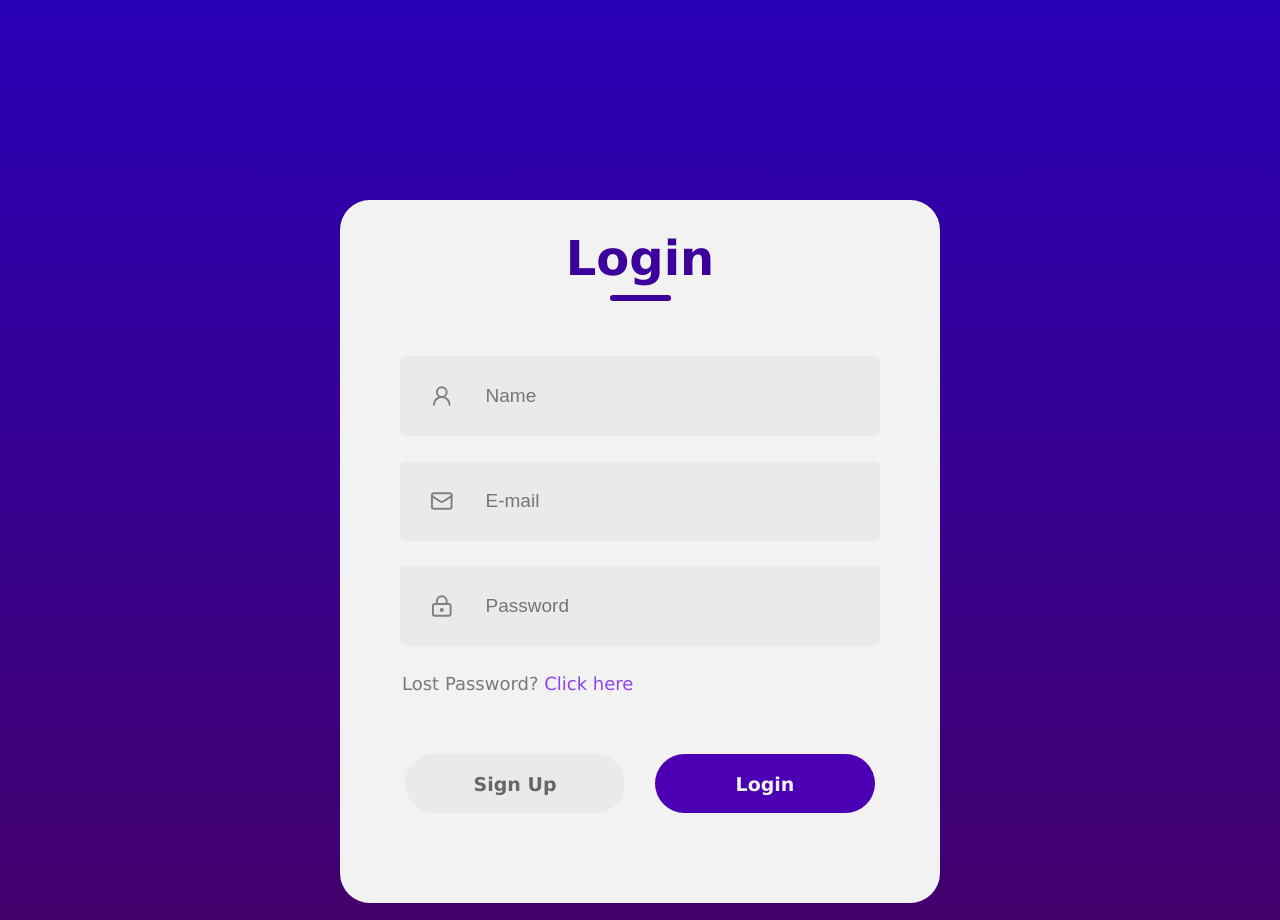
Repository: guilhermecardoso93/login-page
Page: /
An editor plug-in stored every save of this project. The page is shown before and after the next save, followed by the edit.
The browser window is 1280 px wide. The pictures show the whole page.
The project was rebuilt for these pictures with package versions that can differ from the ones it lists, and the page was loaded fresh each time. Also part of the build but not shown: vite.config.js.

Above is the page before, as saved 2024-10-22 19:43:49.

### index.html
<!doctype html>
<html lang="en">
  <head>
    <meta charset="UTF-8" />
    <link rel="icon" type="image/svg+xml" href="" />
    <meta name="viewport" content="width=device-width, initial-scale=1.0" />
    <title>Login | SignUp</title>
  </head>
  <body>
    <div id="root"></div>
    <script type="module" src="/src/main.jsx"></script>
  </body>
</html>

### src/App.jsx
import { Login } from "./components/Login/Login";

export default function App() {
  return (
    <>
      <Login />
    </>
  );
}

### src/index.css
body {
  margin: 0;
  font-family: 'Lucida Sans', 'Lucida Sans Regular', 'Lucida Grande', 'Lucida Sans Unicode', Geneva, Verdana, sans-serif;
  -webkit-font-smoothing: antialiased;
  -moz-osx-font-smoothing: grayscale;
  height: 100vh;
  background: linear-gradient(#2A00B7, #42006c);
}

code {
  font-family: source-code-pro, Menlo, Monaco, Consolas, "Courier New", monospace;
}

### src/components/Login/Login.jsx
import { UserRound, Mail, LockKeyhole } from "lucide-react";
import "./Login.css";
import { useState } from "react";

export const Login = () => {
  const [action, setAction] = useState("Login");

  return (
    <div className="container">
      <header>
        <span>{action}</span>
        <div className="underline"></div>
      </header>{" "}
      <div className="inputs">
        <div className="input">
          <UserRound color="gray" size={24} className="icon" />
          <input type="text" placeholder="Name" />
        </div>

        <div className="input">
          <Mail color="gray" size={24} className="icon" />
          <input type="email" placeholder="E-mail" />
        </div>

        <div className="input">
          <LockKeyhole color="gray" size={24} className="icon" />
          <input type="password" placeholder="Password" />
        </div>
      </div>
      <div className="forgot-password">
        Lost Password? <span>Click here</span>
      </div>
      <div className="submit-container">
        <div
          className={action === "Login" ? "submit gray" : "submit"}
          onClick={() => {
            setAction("Sign Up");
          }}
        >
          Sign Up
        </div>
        <div
          className={action === "Sign Up" ? "submit gray" : "submit"}
          onClick={() => {
            setAction("Login");
          }}
        >
          Login
        </div>
      </div>
    </div>
  );
};

### src/components/Login/Login.css
.container {
  display: flex;
  flex-direction: column;
  margin: auto;
  margin-top: 200px;
  width: 600px;
  padding-bottom: 30px;
  border-radius: 30px;
  background: #f2f2f2;
}

header {
  display: flex;
  flex-direction: column;
  align-items: center;
  gap: 9px;
  width: 100%;
  margin-top: 30px;
}

header span {
  color: #3c009d;
  font-size: 48px;
  font-weight: 700;
}

.underline {
  width: 61px;
  height: 6px;
  background-color: #3c009d;
  border-radius: 9px;
}

.inputs {
  margin-top: 55px;
  display: flex;
  flex-direction: column;
  gap: 25px;
}

.input {
  display: flex;
  align-items: center;
  justify-content: center;
  margin: auto;
  width: 480px;
  height: 80px;
  background-color: #eaeaea;
  border-radius: 6px;
}

.input .icon {
  margin: 0px 30px;
}

.input input {
  height: 50px;
  width: 400px;
  background: transparent;
  border: none;
  outline: none;
  color: #797979;
  font-size: 19px;
}

.forgot-password {
  padding-left: 62px;
  margin-top: 27px;
  color: #797979;
  font-size: 18px;
}

.forgot-password span {
  color: #8e41fa;
  cursor: pointer;
}

.forgot-password span:hover {
  color: #3c009d;
}

.submit-container {
  display: flex;
  gap: 30px;
  margin: 60px auto;
}

.submit, .login {
  display: flex;
  justify-content: center;
  align-items: center;
  width: 220px;
  height: 59px;
  color: #f2f2f2;
  background-color: #4c00b4;
  border-radius: 50px;
  font-size: 19px;
  font-weight: 700;
  cursor: pointer;
}


.gray {
  background-color: #eaeaea;
  color: #676767;
}

.submit:hover, .login:hover {
  background-color: #8e41fa;
  color: #f2f2f2;
}

Loaded but not shown: src/main.jsx (common file)

After the next save:
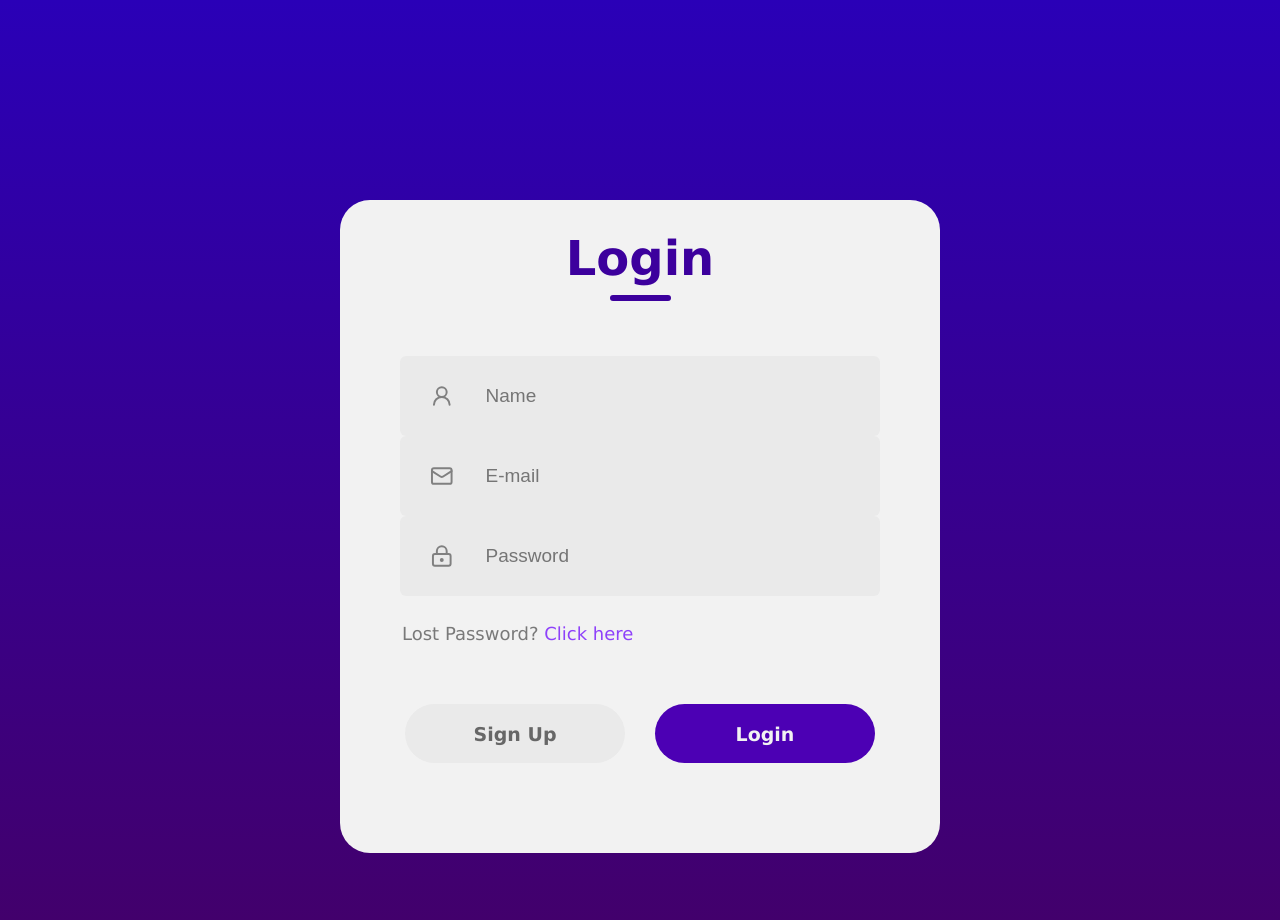
Saved 2 min 35 s later.
--- a/src/components/Login/Login.jsx
+++ b/src/components/Login/Login.jsx
@@ -12,20 +12,26 @@ export const Login = () => {
         <div className="underline"></div>
       </header>{" "}
       <div className="inputs">
-        <div className="input">
-          <UserRound color="gray" size={24} className="icon" />
-          <input type="text" placeholder="Name" />
-        </div>
+        {action === "Login" ? (
+          <div>
+            <div className="input">
+              <UserRound color="gray" size={24} className="icon" />
+              <input type="text" placeholder="Name" />
+            </div>
 
-        <div className="input">
-          <Mail color="gray" size={24} className="icon" />
-          <input type="email" placeholder="E-mail" />
-        </div>
+            <div className="input">
+              <Mail color="gray" size={24} className="icon" />
+              <input type="email" placeholder="E-mail" />
+            </div>
 
-        <div className="input">
-          <LockKeyhole color="gray" size={24} className="icon" />
-          <input type="password" placeholder="Password" />
-        </div>
+            <div className="input">
+              <LockKeyhole color="gray" size={24} className="icon" />
+              <input type="password" placeholder="Password" />
+            </div>
+          </div>
+        ) : (
+          <div></div>
+        )}
       </div>
       <div className="forgot-password">
         Lost Password? <span>Click here</span>
